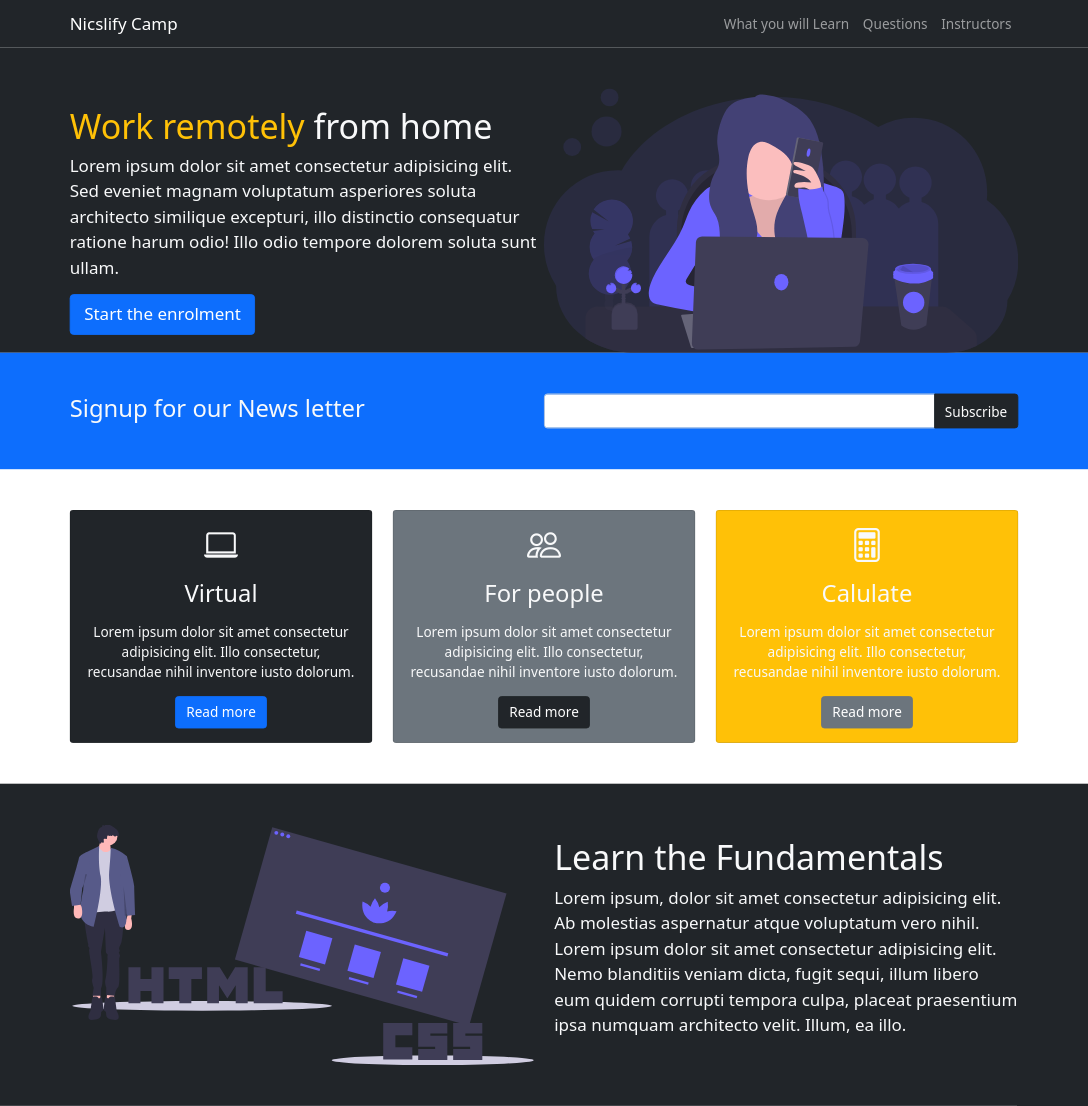
Repository: Eugene44-hub/enrollment-site
Page: index.html
These files come from the project's save history. The page is drawn as it stood at one moment and after a run of saves; the edit follows.
The browser window is 1280 px wide. The pictures show the whole page, at 85% of full size.
Some web libraries are served in a nearby version.

Above is the page before, as saved 2021-10-20 10:56:38.

After the next 2 saves:
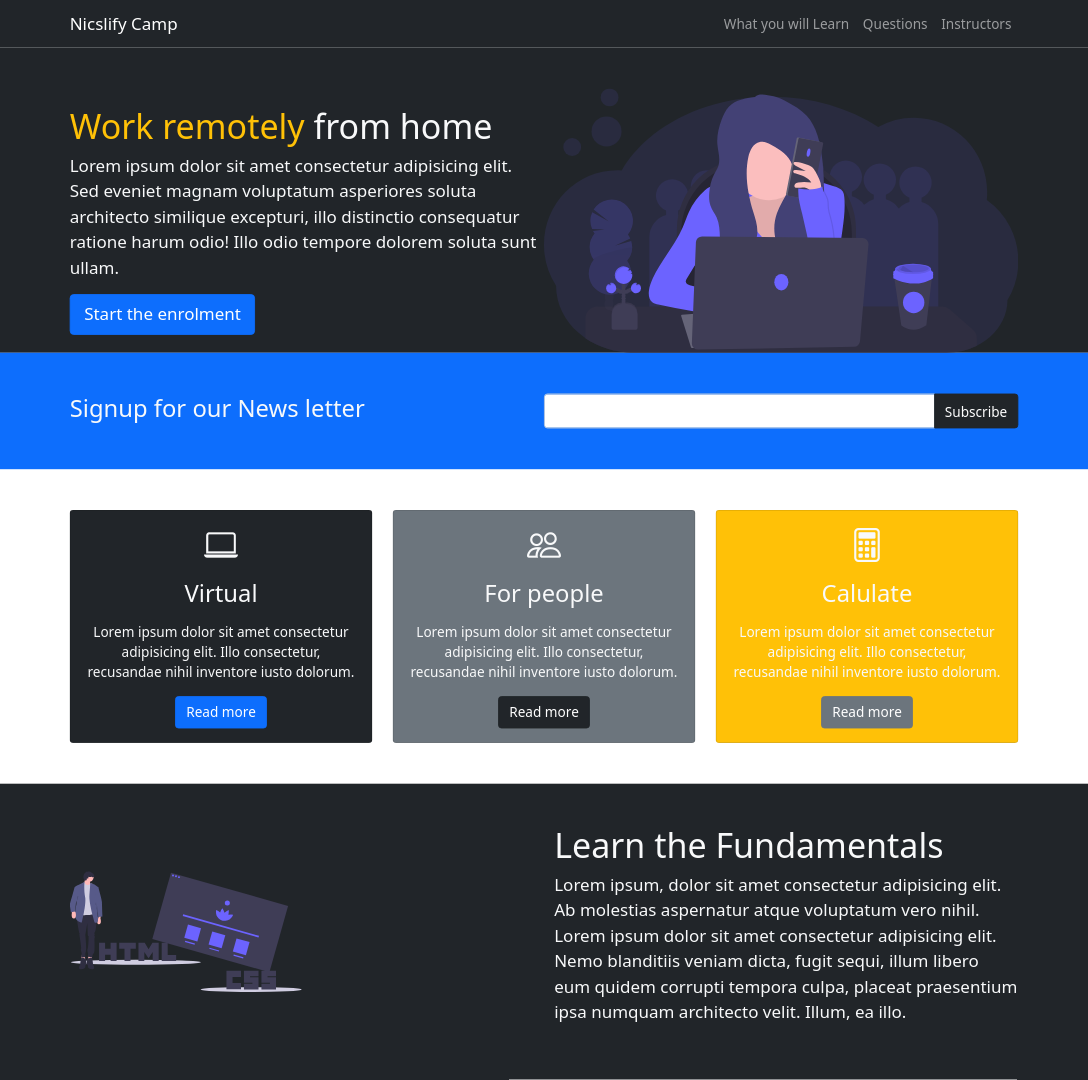
The 2 saves are shown as one change because they came seconds apart.
The last was saved 13 s later.
--- a/index.html
+++ b/index.html
@@ -121,9 +121,9 @@
         <div class="container">
             <div class="row align-items-center">
 
-
-                <img src=" frontend.svg " class="image-fluid w-50 m-auto">
-
+                <div class="col-md m-auto">
+                    <img src=" frontend.svg " class="image-fluid w-50 ">
+                </div>
 
 
 

After the 4 saves that followed:
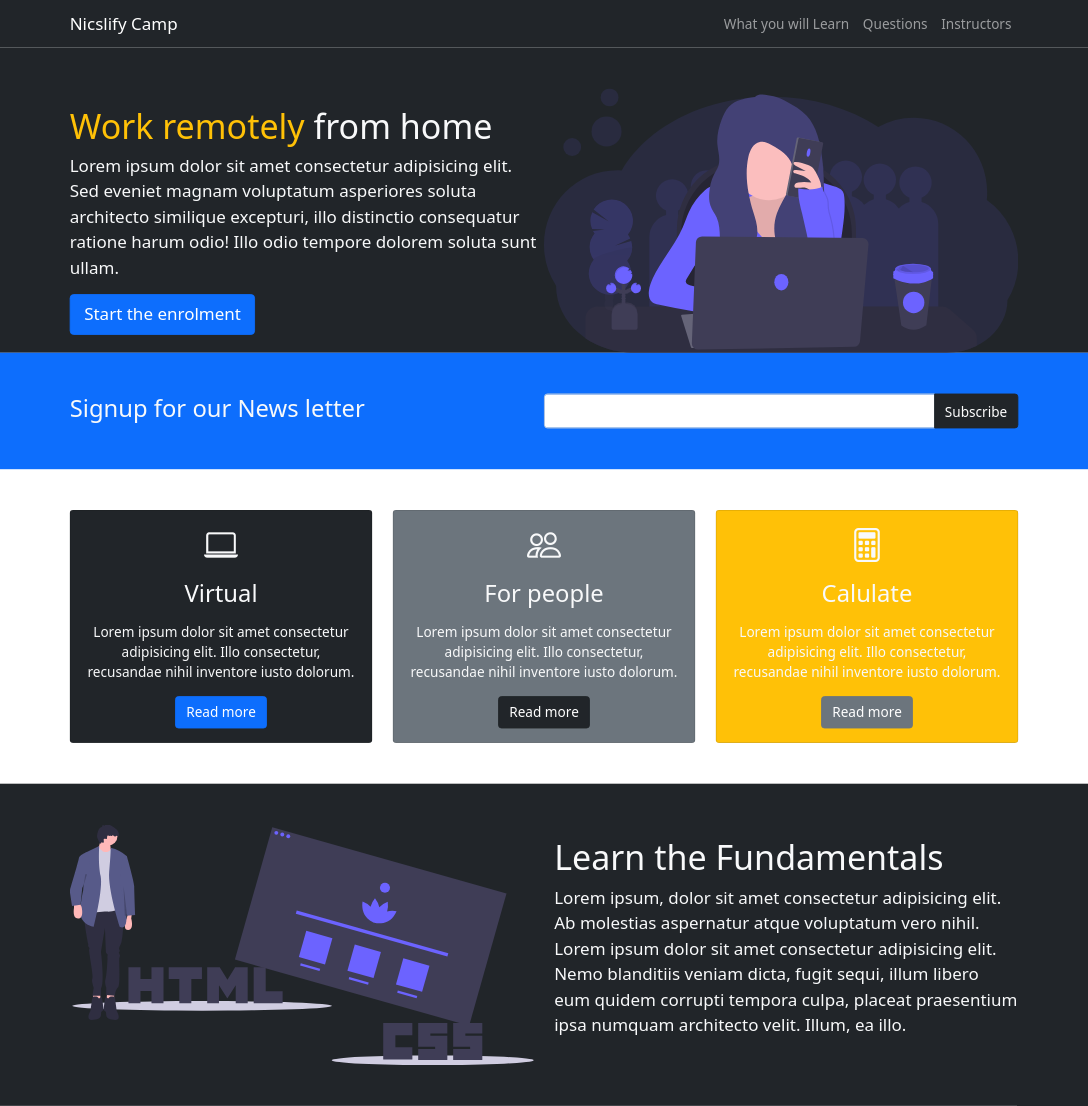
The 4 saves are shown as one change because 2 left the picture as it was and some came seconds apart.
The last was saved 2 min 34 s later.
--- a/index.html
+++ b/index.html
@@ -49,7 +49,7 @@
                     <p class="lead">Lorem ipsum dolor sit amet consectetur adipisicing elit. Sed eveniet magnam voluptatum asperiores soluta architecto similique excepturi, illo distinctio consequatur ratione harum odio! Illo odio tempore dolorem soluta sunt ullam.</p>
                     <button class="btn btn-primary btn-lg ">Start the enrolment</button>
                 </div>
-                <img src="undraw_working_remotely_jh40.svg" class="image-fluid w-50 d-none d-md-block" alt="">
+                <img src="undraw_working_remotely_jh40.svg" class="img-fluid w-50 d-none d-md-block" alt="">
             </div>
         </div>
     </section>
@@ -122,7 +122,7 @@
             <div class="row align-items-center">
 
                 <div class="col-md m-auto">
-                    <img src=" frontend.svg " class="image-fluid w-50 ">
+                    <img src=" frontend.svg " class="img-fluid w-100 ">
                 </div>
 
 
